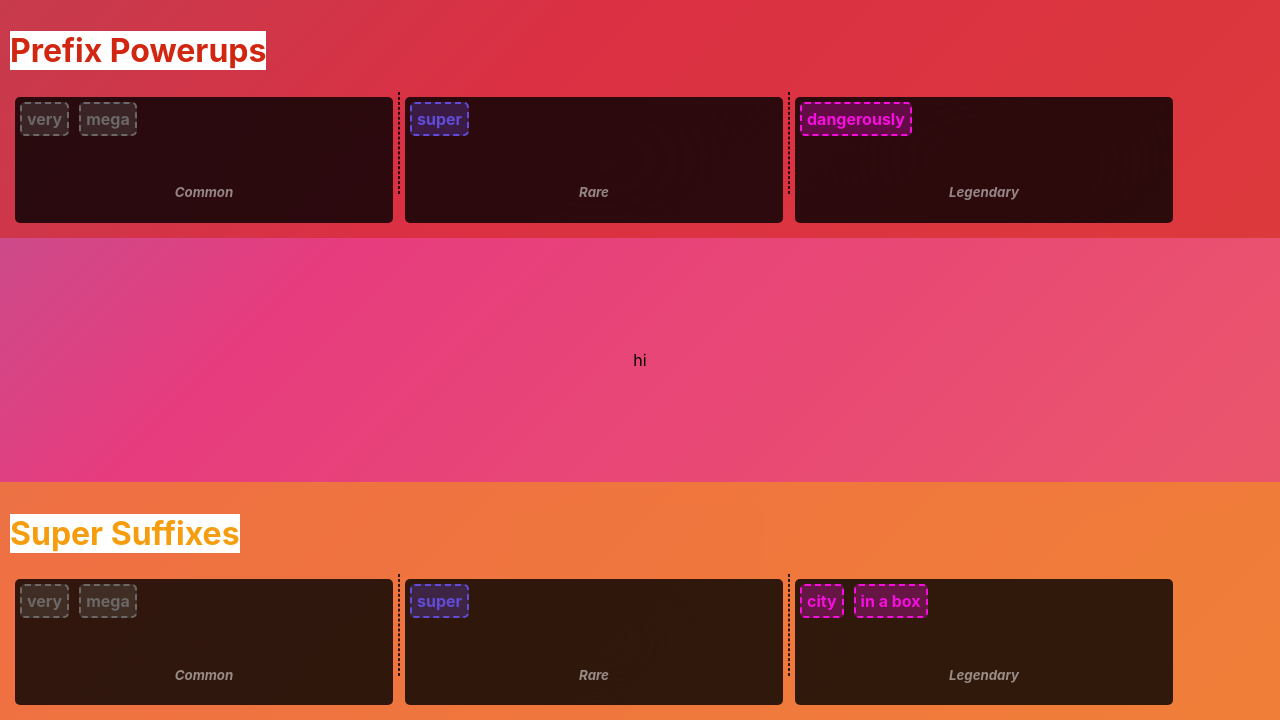
Repository: bsalgado98/buns-inator
Page: /
These files come from the project's save history. The page is drawn as it stood at one moment and after a run of saves; the edit follows.
The browser window is 1280 px wide. The pictures show the whole page.
The project was rebuilt for these pictures with package versions that can differ from the ones it lists, and the page was loaded fresh each time.

Above is the page before, as saved 2022-04-25 23:24:58.

### src/index.css
body {
    margin: 0;
    padding: 0;
    font-family: -apple-system, BlinkMacSystemFont, 'Segoe UI', 'Roboto', 'Oxygen',
        'Ubuntu', 'Cantarell', 'Fira Sans', 'Droid Sans', 'Helvetica Neue',
        sans-serif;
    -webkit-font-smoothing: antialiased;
    -moz-osx-font-smoothing: grayscale;
    height: 100vh;
    background-attachment: fixed;
}

code {
    font-family: source-code-pro, Menlo, Monaco, Consolas, 'Courier New', monospace;
}

### src/App.js
import './App.css';
import WordBank from './components/WordBank/WordBank'
import { RARITY, PART_OF_SENTENCE, COLOR } from './utility/constants'

function App() {
    const wordList = {
        prefixPowerups: [
            {
                sectionTitle: RARITY.COMMON,
                words: ['very', 'mega'],
                color: COLOR.COMMON,
                partOfSentence: PART_OF_SENTENCE.PREFIX
            },
            {
                sectionTitle: RARITY.RARE,
                words: ['super'],
                color: COLOR.RARE,
                partOfSentence: PART_OF_SENTENCE.PREFIX
            },
            {
                sectionTitle: RARITY.LEGENDARY,
                words: ['dangerously'],
                color: COLOR.LEGENDARY,
                partOfSentence: PART_OF_SENTENCE.PREFIX
            }
        ],
        superSuffixes: [
            {
                sectionTitle: RARITY.COMMON,
                words: ['very', 'mega'],
                color: COLOR.COMMON,
                partOfSentence: PART_OF_SENTENCE.SUFFIX
            },
            {
                sectionTitle: RARITY.RARE,
                words: ['super'],
                color: COLOR.RARE,
                partOfSentence: PART_OF_SENTENCE.SUFFIX
            },
            {
                sectionTitle: RARITY.LEGENDARY,
                words: ['city', 'in a box'],
                color: COLOR.LEGENDARY,
                partOfSentence: PART_OF_SENTENCE.SUFFIX
            }
        ]
    }

    return (
        <div className="App">
            <div className="word-bank">
                <WordBank bankTitle='Prefix Powerups' color={COLOR.PREFIX_POWERUPS} wordCollection={wordList.prefixPowerups} />
            </div>
            <div className="subject-card-container">
                hi
            </div>
            <div className="word-bank">
                <WordBank bankTitle='Super Suffixes' color={COLOR.SUPER_SUFFIXES} wordCollection={wordList.superSuffixes} />
            </div>
        </div>
    );
}

export default App;

### src/App.css
.App {
    text-align: center;
    height: 100vh;
    display: flex;
    flex-direction: column;
    background: linear-gradient(-45deg, #ee7752, #e73c7e, #23a6d5, #23d5ab);
	background-size: 400% 400%;
	animation: gradient 15s ease infinite;
    background-attachment: fixed;
}

.word-bank {
}

.subject-card-container {
    flex-grow: 3;
    display: flex;
    align-items: center;
    justify-content: center;
}

@keyframes gradient {
	0% {
		background-position: 0% 50%;
	}
	50% {
		background-position: 100% 50%;
	}
	100% {
		background-position: 0% 50%;
	}
}

### src/components/WordBank/WordBank.js
import createWordSection from "../../utility/wordSection"

const WordBank = ({ bankTitle = "N/A", color = "#000000", wordCollection = [] }) => {
    const styles = {
        container: {
            style: {
                backgroundColor: `${color}88`,
                display: 'flex',
                flexDirection: 'column',
                padding: '10px'
            }
        },
        title: {
            style: {
                color: color,
                backgroundColor: 'white'
            },
            container: {
                style: {
                    display: 'flex',
                    width: '100%'
                }
            }
        },
        collectionArea: {
            style: {
                display: 'flex'
            },
            section: {
                style: {
                    display: 'flex',
                    flexDirection: 'column',
                    width: '30%',
                    backgroundColor: 'rgba(0, 0, 0, 0.8)',
                    backdropFilter: 'blur(100px)',
                    margin: '5px',
                    borderRadius: '5px'
                },
                wordArea: {
                    style: {
                        display: 'flex'
                    }
                },
                title: {
                    style: {
                        opacity: '0.5',
                        fontStyle: 'italic',
                        color: 'white'
                    }
                }
            }
        },
        divider: {
            style: {
                height: '100px',
                width: '0px',
                border: '1px dashed black',
                opacity: '0.8'
            }
        }
    }
    return (
        <div style={styles.container.style}>
            <div style={styles.title.container.style}>
                <h1 style={styles.title.style}>{bankTitle}</h1>
            </div>
            <div style={styles.collectionArea.style}>
                {wordCollection.map((section, i) => {
                    return (
                        <>
                            {i !== 0 ? <span style={styles.divider.style}></span> : null}
                            <div key={`section-${i}`} style={styles.collectionArea.section.style} className="section">
                                <div style={styles.collectionArea.section.wordArea.style}>
                                    {createWordSection(section.words, section.color, section.partOfSentence)}
                                </div>
                                <h5 style={styles.collectionArea.section.title.style}>{section.sectionTitle}</h5>
                            </div>
                        </>
                    )
                })}
            </div>
        </div>
    )
}

export default WordBank

### src/utility/constants.js
export const RARITY = {
    COMMON: 'Common',
    RARE: 'Rare',
    LEGENDARY: 'Legendary'
}

export const PART_OF_SENTENCE = {
    PREFIX: 'prefix',
    SUFFIX: 'suffix'
}

export const COLOR = {
    COMMON: "#6b6867",
    RARE: "#614cd9",
    LEGENDARY: "#f50fde",
    PREFIX_POWERUPS: "#d12711",
    SUPER_SUFFIXES: "#f59d0f"
}

### src/utility/wordSection.js
import WordCard from "../components/WordCard/WordCard";

function createWordSection(words, wordColor, partOfSentence) {
    return words.map((word, i) => <WordCard key={`word-${i}`} text={word} color={wordColor} />)
}

export default createWordSection

### src/components/WordCard/WordCard.js
const WordCard = ({ text = "N/A", color = "#000000", partOfSentence }) => {
    const styles = {
        container: {
            style: {
                background: `${color}44`,
                display: 'flex',
                border: `2px dashed ${color}`,
                margin: '5px',
                padding: '5px',
                borderRadius: '5px',
                height: '30%',
                alignItems: 'center'
            }
        },
        text: {
            style: {
                color: color,
                fontSize: '16px'
            }
        }
    }
    return (
        <div style={styles.container.style}>
            <h1 style={styles.text.style}>{text}</h1>
        </div>
    )
}

export default WordCard

Loaded but not shown: public/index.html (common file); src/index.js (common file); src/reportWebVitals.js (common file)

After the next 2 saves:
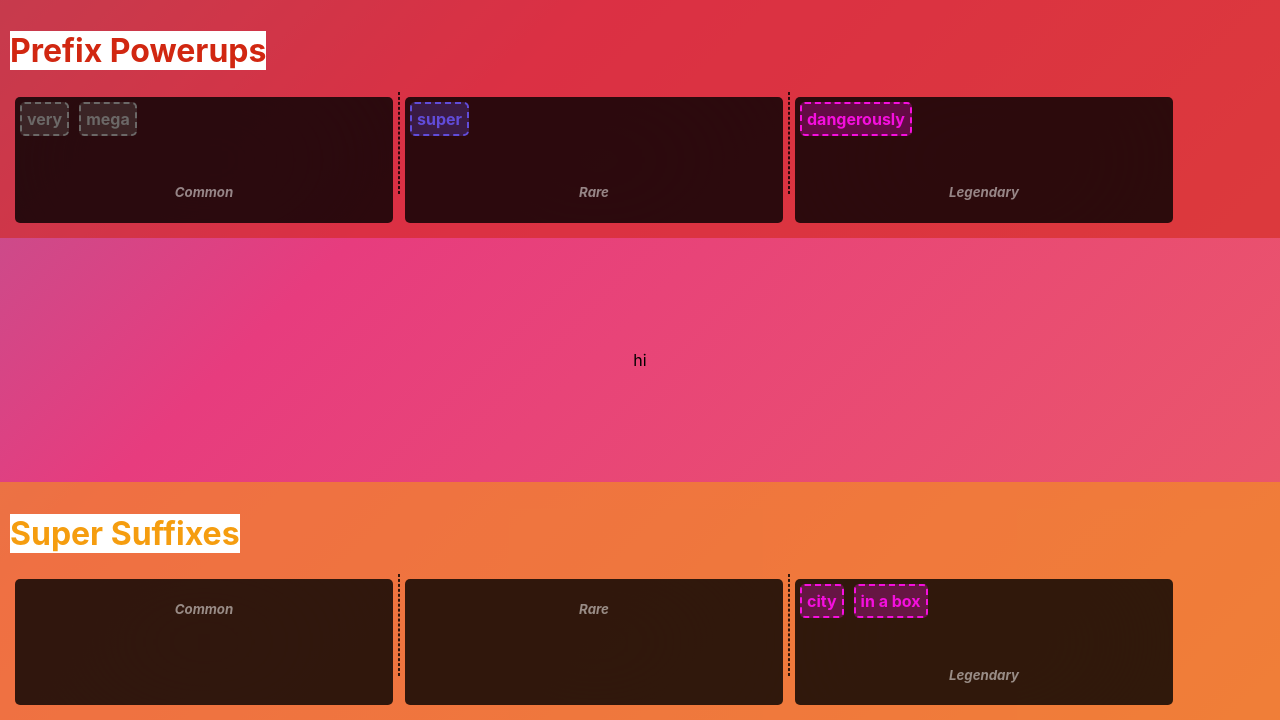
The 2 saves are shown as one change because they came seconds apart.
The last was saved 18 s later.
--- a/src/App.js
+++ b/src/App.js
@@ -27,13 +27,13 @@ function App() {
         superSuffixes: [
             {
                 sectionTitle: RARITY.COMMON,
-                words: ['very', 'mega'],
+                words: [],
                 color: COLOR.COMMON,
                 partOfSentence: PART_OF_SENTENCE.SUFFIX
             },
             {
                 sectionTitle: RARITY.RARE,
-                words: ['super'],
+                words: [],
                 color: COLOR.RARE,
                 partOfSentence: PART_OF_SENTENCE.SUFFIX
             },
